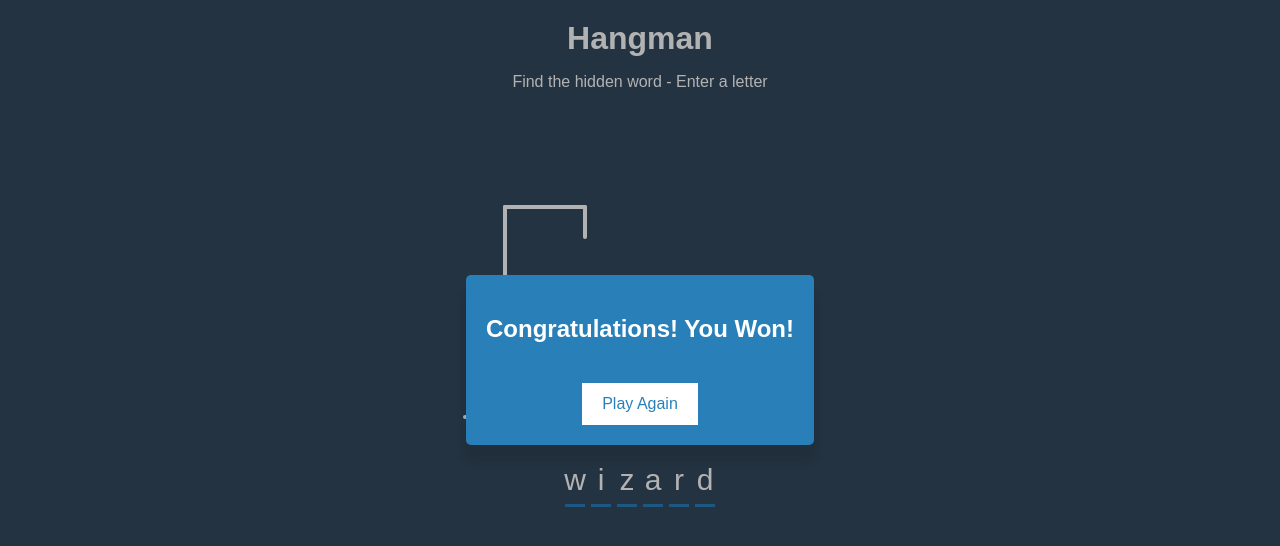
Repository: Youvelop/hangman
Page: index.html
An editor plug-in stored every save of this project. The page is shown before and after the next save, followed by the edit.
The browser window is 1280 px wide. The pictures show the window.
A layer covers the whole window, so only the first screen is drawn.

Above is the page before, as saved 2020-07-08 06:23:20.

### index.html
<!DOCTYPE html>
<html lang="en">
  <head>
    <meta charset="UTF-8" />
    <meta name="viewport" content="width=device-width, initial-scale=1.0" />
    <meta http-equiv="X-UA-Compatible" content="ie=edge" />
    <link rel="stylesheet" href="style.css" />
    <title>Hangman</title>
  </head>
  <body>
    <h1>Hangman</h1>
    <p>Find the hidden word - Enter a letter</p>
    <div class="game-container">
      <svg height="250" width="200" class="figure-container">
        <!-- Rod -->
        <line x1="60" y1="20" x2="140" y2="20" />
        <line x1="140" y1="20" x2="140" y2="50" />
        <line x1="60" y1="20" x2="60" y2="230" />
        <line x1="20" y1="230" x2="100" y2="230" />

        <!-- Head -->
        <circle cx="140" cy="70" r="20" class="figure-part" />
        <!-- Body -->
        <line x1="140" y1="90" x2="140" y2="150" class="figure-part" />
        <!-- Arms -->
        <line x1="140" y1="120" x2="120" y2="100" class="figure-part" />
        <line x1="140" y1="120" x2="160" y2="100" class="figure-part" />
        <!-- Legs -->
        <line x1="140" y1="150" x2="120" y2="180" class="figure-part" />
        <line x1="140" y1="150" x2="160" y2="180" class="figure-part" />
      </svg>

      <div class="wrong-letters-container">
        <div id="wrong-letters"></div>
      </div>

      <div class="word" id="word"></div>
    </div>

    <!-- Container for final message -->
    <div class="popup-container" id="popup-container">
      <div class="popup">
        <h2 id="final-message"></h2>
        <button id="play-button">Play Again</button>
      </div>
    </div>

    <!-- Notification -->
    <div class="notification-container" id="notification-container">
      <p>You have already entered this letter</p>
    </div>

    <script src="script.js"></script>
  </body>
</html>

### style.css
* {
  box-sizing: border-box;
}

body {
  background-color: #34495e;
  color: #fff;
  font-family: Arial, Helvetica, sans-serif;
  display: flex;
  flex-direction: column;
  align-items: center;
  height: 80vh;
  margin: 0;
  overflow: hidden;
}

h1 {
  margin: 20px 0 0;
}

.game-container {
  padding: 20px 30px;
  position: relative;
  margin: auto;
  height: 350px;
  width: 450px;
}

.figure-container {
  fill: transparent;
  stroke: #fff;
  stroke-width: 4px;
  stroke-linecap: round;
}

.figure-part {
  display: none;
}

.wrong-letters-container {
  position: absolute;
  top: 20px;
  right: 20px;
  display: flex;
  flex-direction: column;
  text-align: right;
}

.wrong-letters-container p {
  margin: 0 0 5px;
}

.wrong-letters-container span {
  font-size: 24px;
}

.word {
  display: flex;
  position: absolute;
  bottom: 10px;
  left: 50%;
  transform: translateX(-50%);
}

.letter {
  border-bottom: 3px solid #2980b9;
  display: inline-flex;
  font-size: 30px;
  align-items: center;
  justify-content: center;
  margin: 0 3px;
  height: 50px;
  width: 20px;
}

.popup-container {
  background-color: rgba(0, 0, 0, 0.3);
  position: fixed;
  top: 0;
  bottom: 0;
  left: 0;
  right: 0;
  /* display: flex; */
  display: none;
  align-items: center;
  justify-content: center;
}

.popup {
  background: #2980b9;
  border-radius: 5px;
  box-shadow: 0 15px 10px 3px rgba(0, 0, 0, 0.1);
  padding: 20px;
  text-align: center;
}

.popup button {
  cursor: pointer;
  background-color: #fff;
  color: #2980b9;
  border: 0;
  margin-top: 20px;
  padding: 12px 20px;
  font-size: 16px;
}

.popup button:active {
  transform: scale(0.98);
}

.popup button:focus {
  outline: 0;
}

.notification-container {
  background-color: rgba(0, 0, 0, 0.3);
  border-radius: 10px 10px 0 0;
  padding: 15px 20px;
  position: absolute;
  bottom: -50px;
  transition: transform 0.3s ease-in-out;
}

.notification-container p {
  margin: 0;
}

.notification-container.show {
  transform: translateY(-50px);
}

### script.js
const wordEl = document.getElementById('word');
const wrongLettersEl = document.getElementById('wrong-letters');
const playAgainBtn = document.getElementById('play-button');
const popup = document.getElementById('popup-container');
const notification = document.getElementById('notification-container');
const finalMessage = document.getElementById('final-message');

const figureParts = document.querySelectorAll('.figure-part');
const words = ['application', 'programming', 'interface', 'wizard'];
let selectedWord = words[Math.floor(Math.random() * words.length)];

const correctLetters = ['w', 'i', 'z', 'a', 'r', 'd'];
const wrongLetters = [];

// Show the hidden word
function displayWord() {
  wordEl.innerHTML = `
      ${selectedWord
        .split('')
        .map(
          (letter) => `
            <span class="letter">
              ${correctLetters.includes(letter) ? letter : ''}
            </span>
          `
        )
        .join('')}
    `;
  const innerWord = wordEl.innerText.replace(/\n/g, '');

  if (innerWord === selectedWord) {
    finalMessage.innerText = 'Congratulations! You Won!';
    popup.style.display = 'flex';
  }
}

displayWord();

After the next save:
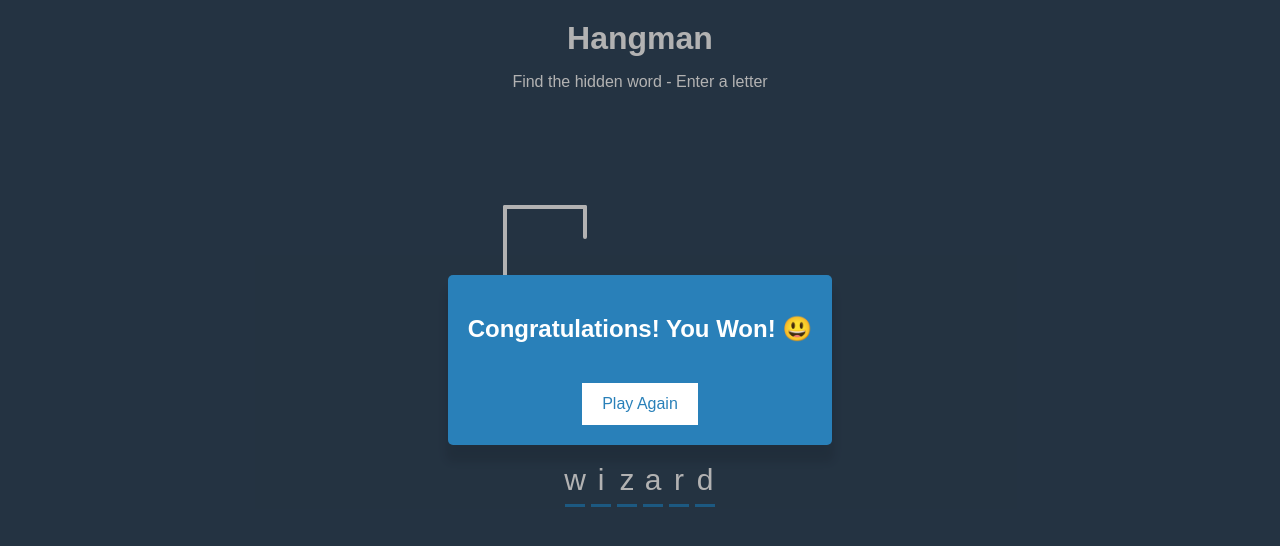
Saved 61 s later.
--- a/script.js
+++ b/script.js
@@ -29,7 +29,7 @@ function displayWord() {
   const innerWord = wordEl.innerText.replace(/\n/g, '');
 
   if (innerWord === selectedWord) {
-    finalMessage.innerText = 'Congratulations! You Won!';
+    finalMessage.innerText = 'Congratulations! You Won! 😃';
     popup.style.display = 'flex';
   }
 }
